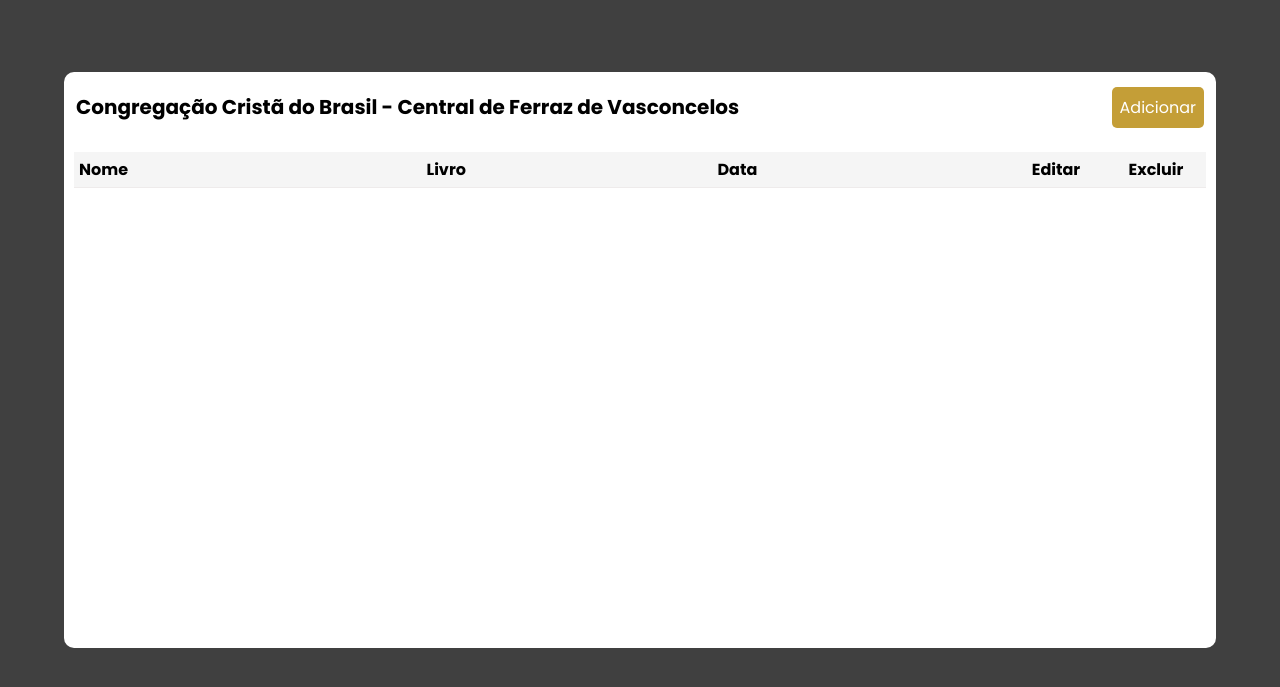
Repository: Matheus904-12/API-da-CCB
Page: index.html
These files come from the project's save history. The page is drawn as it stood at one moment and after the next save; the edit follows.
The browser window is 1280 px wide. The pictures show the whole page.

Above is the page before, as saved 2024-01-12 03:14:01.

After the next save:
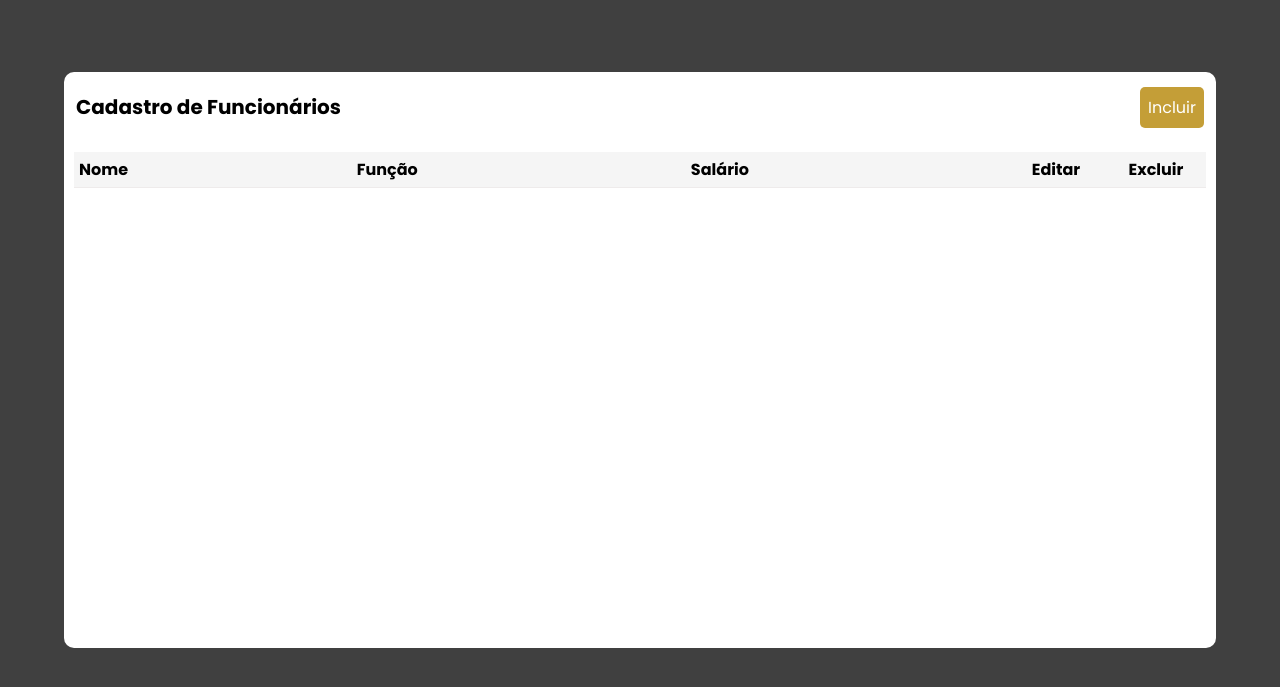
Saved 2 min 12 s later.
--- a/index.html
+++ b/index.html
@@ -1,11 +1,11 @@
 <!DOCTYPE html>
-<html lang="pt-br">
+<html lang="en">
 
 <head>
   <meta charset="UTF-8">
   <meta http-equiv="X-UA-Compatible" content="IE=edge">
   <meta name="viewport" content="width=device-width, initial-scale=1.0">
-  <title>CCB - Central</title>
+  <title>CRUD</title>
   <link rel="stylesheet" href="style.css">
   <link href='https://unpkg.com/boxicons@2.1.1/css/boxicons.min.css' rel='stylesheet'>
 </head>
@@ -13,8 +13,8 @@
 <body>
   <div class="container">
     <div class="header">
-      <span>Congregação Cristã do Brasil - Central de Ferraz de Vasconcelos</span>
-      <button onclick="openModal()" id="new">Adicionar</button>
+      <span>Cadastro de Funcionários</span>
+      <button onclick="openModal()" id="new">Incluir</i></button>
     </div>
 
     <div class="divTable">
@@ -22,8 +22,8 @@
         <thead>
           <tr>
             <th>Nome</th>
-            <th>Livro</th>
-            <th>Data</th>
+            <th>Função</th>
+            <th>Salário</th>
             <th class="acao">Editar</th>
             <th class="acao">Excluir</th>
           </tr>
@@ -36,34 +36,15 @@
     <div class="modal-container">
       <div class="modal">
         <form>
-          <label for="gender2">Auxiliar</label>
-          <select id="gender2">
-            <option value="">Nenhum</option>
-            <option value="">Aline Gomes Santos</option>
-            <option value="">Alfredo Bruske Schuster</option>
-            <option value="">Alef Vinicius</option>
-            <option value="">José Victor Zeller Gonçalves</option>
-            <option value="">Jonas Amorim Lopes da Silva</option>
-            <option value="">Loraine de Assis Souza</option>
-            <option value="">Natália de Sena Marques</option>
-          </select>
-<br>
           <label for="m-nome">Nome</label>
-            <input id="m-nome" type="text" required />
+          <input id="m-nome" type="text" required />
 
-            <label for="m-funcao">Livro</label>
-            <input id="m-funcao" type="text" required />
+          <label for="m-funcao">Função</label>
+          <input id="m-funcao" type="text" required />
 
-            <label for="m-capitulo">Capítulo</label>
-            <input id="m-capitulo" type="number" required />
-
-            <label for="m-versiculo">Versículo</label>
-            <input id="m-versiculo" type="number" required />
-
-            <label for="m-date">Data</label>
-            <input id="m-date" type="date" required />
-
-            <button id="btnSalvar">Salvar</button>
+          <label for="m-salario">Salário</label>
+          <input id="m-salario" type="number" required />
+          <button id="btnSalvar">Salvar</button>
         </form>
       </div>
     </div>

After the 3 saves that followed:
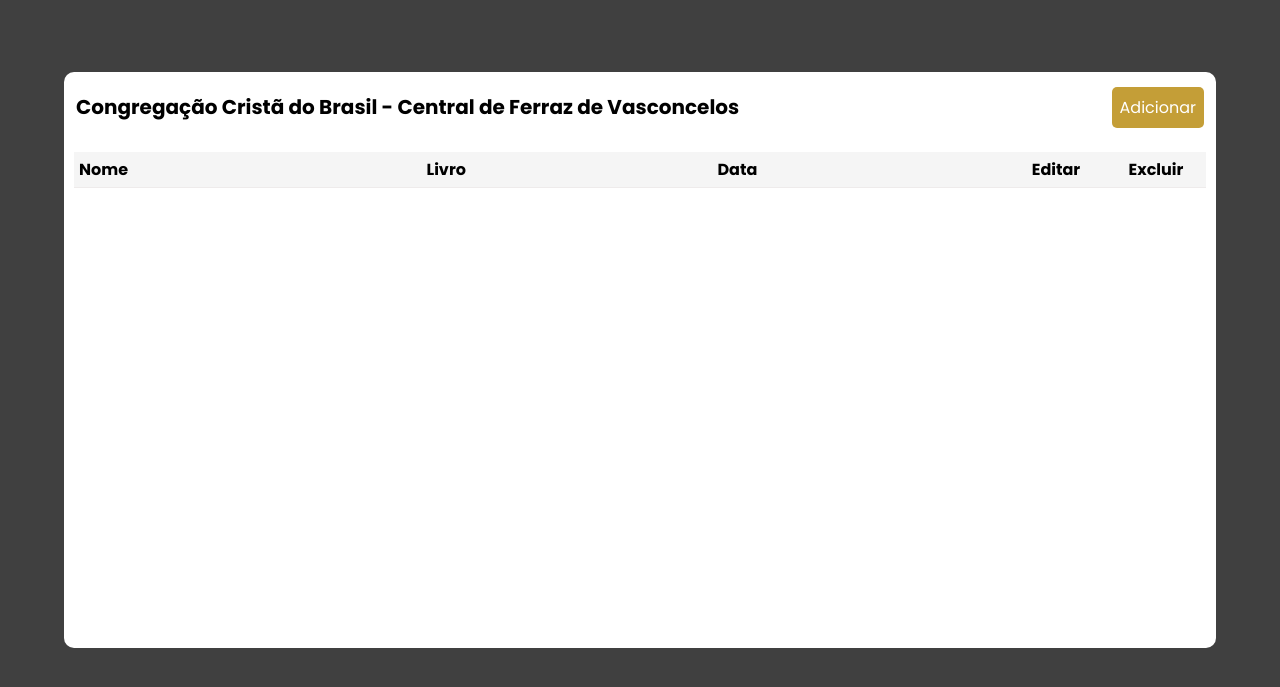
The 3 saves are shown as one change because 2 left the picture as it was.
The last was saved 2 min 59 s later.
--- a/index.html
+++ b/index.html
@@ -1,11 +1,11 @@
 <!DOCTYPE html>
-<html lang="en">
+<html lang="pt-br">
 
 <head>
   <meta charset="UTF-8">
   <meta http-equiv="X-UA-Compatible" content="IE=edge">
   <meta name="viewport" content="width=device-width, initial-scale=1.0">
-  <title>CRUD</title>
+  <title>CCB - Central</title>
   <link rel="stylesheet" href="style.css">
   <link href='https://unpkg.com/boxicons@2.1.1/css/boxicons.min.css' rel='stylesheet'>
 </head>
@@ -13,8 +13,8 @@
 <body>
   <div class="container">
     <div class="header">
-      <span>Cadastro de Funcionários</span>
-      <button onclick="openModal()" id="new">Incluir</i></button>
+      <span>Congregação Cristã do Brasil - Central de Ferraz de Vasconcelos</span>
+      <button onclick="openModal()" id="new">Adicionar</button>
     </div>
 
     <div class="divTable">
@@ -22,8 +22,8 @@
         <thead>
           <tr>
             <th>Nome</th>
-            <th>Função</th>
-            <th>Salário</th>
+            <th>Livro</th>
+            <th>Data</th>
             <th class="acao">Editar</th>
             <th class="acao">Excluir</th>
           </tr>
@@ -36,15 +36,34 @@
     <div class="modal-container">
       <div class="modal">
         <form>
+          <label for="gender2">Auxiliar</label>
+          <select id="gender2">
+            <option value="">Nenhum</option>
+            <option value="">Aline Gomes Santos</option>
+            <option value="">Alfredo Bruske Schuster</option>
+            <option value="">Alef Vinicius</option>
+            <option value="">José Victor Zeller Gonçalves</option>
+            <option value="">Jonas Amorim Lopes da Silva</option>
+            <option value="">Loraine de Assis Souza</option>
+            <option value="">Natália de Sena Marques</option>
+          </select>
+<br>
           <label for="m-nome">Nome</label>
-          <input id="m-nome" type="text" required />
+            <input id="m-nome" type="text" required />
 
-          <label for="m-funcao">Função</label>
-          <input id="m-funcao" type="text" required />
+            <label for="m-funcao">Livro</label>
+            <input id="m-funcao" type="text" required />
 
-          <label for="m-salario">Salário</label>
-          <input id="m-salario" type="number" required />
-          <button id="btnSalvar">Salvar</button>
+            <label for="m-capitulo">Capítulo</label>
+            <input id="m-capitulo" type="number" required />
+
+            <label for="m-versiculo">Versículo</label>
+            <input id="m-versiculo" type="number" required />
+
+            <label for="m-date">Data</label>
+            <input id="m-date" type="date" required />
+
+            <button id="btnSalvar">Salvar</button>
         </form>
       </div>
     </div>
--- a/script.js
+++ b/script.js
@@ -1,14 +1,14 @@
 const modal = document.querySelector('.modal-container');
 const tbody = document.querySelector('tbody');
 const sNome = document.querySelector('#m-nome');
-const sLivro = document.querySelector('#m-funcao');
-const sCapitulo = document.querySelector('#m-funcao');
-const sVersiculo = document.querySelector('#m-funcao');
-const sData = document.querySelector('#m-date');
+const sLivro = document.querySelector('#m-funcao'); // Alterado para sLivro
+const sCapitulo = document.querySelector('#m-number'); // Alterado para sCapitulo
+const sVersiculo = document.querySelector('#m-number'); // Alterado para sVersiculo
+const sData = document.querySelector('#m-funcao'); // Alterado para sData
 const sAuxiliar = document.querySelector('#gender2');
 const btnSalvar = document.querySelector('#btnSalvar');
 
-let itens;
+let registros;
 let id;
 
 function openModal(edit = false, index = 0) {
@@ -21,12 +21,12 @@
     };
 
     if (edit) {
-        sNome.value = itens[index].nome;
-        sLivro.value = itens[index].livro;
-        sCapitulo.value = itens[index].capitulo;
-        sVersiculo.value = itens[index].versiculo;
-        sData.value = itens[index].data;
-        sAuxiliar.value = itens[index].auxiliar;
+        sNome.value = registros[index].nome;
+        sLivro.value = registros[index].livro;
+        sCapitulo.value = registros[index].capitulo;
+        sVersiculo.value = registros[index].versiculo;
+        sData.value = registros[index].data;
+        sAuxiliar.value = registros[index].auxiliar;
         id = index;
     } else {
         sNome.value = '';
@@ -38,26 +38,26 @@
     }
 }
 
-function deleteItem(index) {
-    itens.splice(index, 1);
-    setItensBD();
-    loadItens();
+function deleteRegistro(index) {
+    registros.splice(index, 1);
+    setRegistrosBD();
+    loadRegistros();
 }
 
-function saveItem() {
+function saveRegistro() {
     if (sNome.value === '' || sLivro.value === '' || sCapitulo.value === '' || sVersiculo.value === '' || sData.value === '' || sAuxiliar.value === '') {
         return;
     }
 
     if (id !== undefined) {
-        itens[id].nome = sNome.value;
-        itens[id].livro = sLivro.value;
-        itens[id].capitulo = sCapitulo.value;
-        itens[id].versiculo = sVersiculo.value;
-        itens[id].data = sData.value;
-        itens[id].auxiliar = sAuxiliar.value;
+        registros[id].nome = sNome.value;
+        registros[id].livro = sLivro.value;
+        registros[id].capitulo = sCapitulo.value;
+        registros[id].versiculo = sVersiculo.value;
+        registros[id].data = sData.value;
+        registros[id].auxiliar = sAuxiliar.value;
     } else {
-        itens.push({
+        registros.push({
             'nome': sNome.value,
             'livro': sLivro.value,
             'capitulo': sCapitulo.value,
@@ -67,39 +67,44 @@
         });
     }
 
-    setItensBD();
+    setRegistrosBD();
 
     modal.style.display = 'none';
-    loadItens();
+    loadRegistros();
     id = undefined;
 }
 
-function insertItem(item, index) {
+function insertRegistro(registro, index) {
     let tr = document.createElement('tr');
 
     tr.innerHTML = `
-        <td>${item.nome}</td>
-        <td>${item.livro}</td>
-        <td>${item.data}</td>
+        <td>${registro.nome}</td>
+        <td>${registro.livro}</td>
+        <td>${registro.data}</td>
         <td class="acao">
             <button onclick="openModal(true, ${index})"><i class='bx bx-edit'></i></button>
         </td>
         <td class="acao">
-            <button onclick="deleteItem(${index})"><i class='bx bx-trash'></i></button>
+            <button onclick="deleteRegistro(${index})"><i class='bx bx-trash'></i></button>
         </td>
     `;
     tbody.appendChild(tr);
 }
 
-function loadItens() {
-    itens = getItensBD();
+function loadRegistros() {
+    registros = getRegistrosBD();
     tbody.innerHTML = '';
-    itens.forEach((item, index) => {
-        insertItem(item, index);
+    registros.forEach((registro, index) => {
+        insertRegistro(registro, index);
     });
 }
 
-const getItensBD = () => JSON.parse(localStorage.getItem('dbfunc')) || [];
-const setItensBD = () => localStorage.setItem('dbfunc', JSON.stringify(itens));
+const getRegistrosBD = () => JSON.parse(localStorage.getItem('dbregistros')) || [];
+const setRegistrosBD = () => localStorage.setItem('dbregistros', JSON.stringify(registros));
 
-loadItens();
+btnSalvar.onclick = e => {
+    e.preventDefault();
+    saveRegistro();
+};
+
+loadRegistros();
